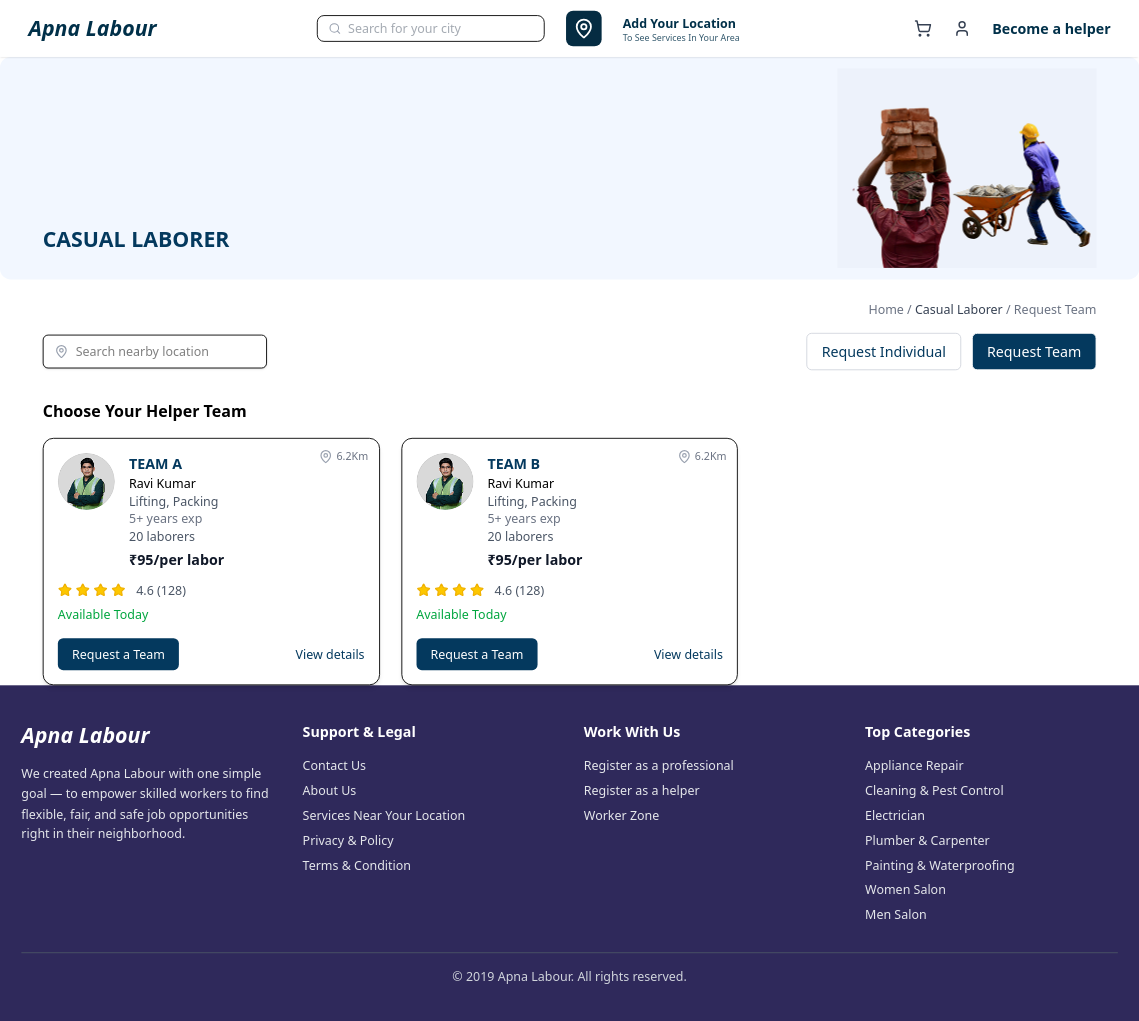
Repository: Innowidetech/Apna-Labour
Page: /casual (app in client/)
These files come from the project's save history. The page is drawn as it stood at one moment and after the next save; the edit follows.
The browser window is 1280 px wide. The pictures show the whole page, at 89% of full size.
The project was rebuilt for these pictures with package versions that can differ from the ones it lists, and the page was loaded fresh each time. Also part of the build but not shown: client/vite.config.js, client/src/pages/Home.jsx, client/src/pages/ModalServicePage.jsx, client/src/pages/ServiceDetails.jsx, client/src/pages/Account/Account.jsx, client/src/pages/Account/AccountLayout.jsx, client/src/pages/Account/Bookings.jsx, client/src/pages/Payments.jsx and 26 more.

Above is the page before, as saved 2025-11-14 17:39:11.

After the next save:
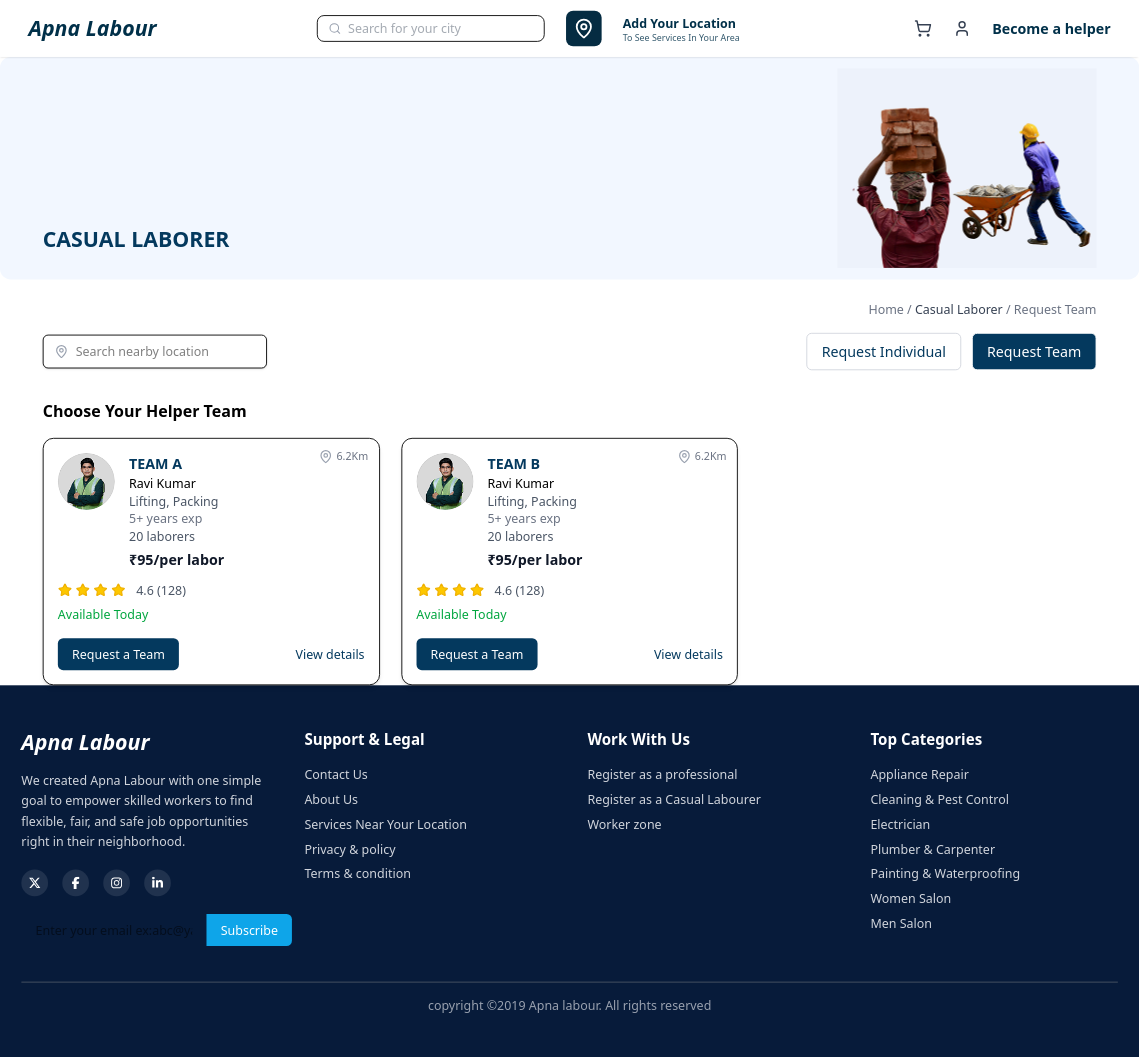
Saved 6 min 38 s later.
--- a/client/src/components/Footer.jsx
+++ b/client/src/components/Footer.jsx
@@ -1,80 +1,81 @@
 import React from "react";
 import { Link } from "react-router-dom";
+import {
+  FaFacebookF,
+  FaInstagram,
+  FaLinkedinIn,
+  FaXTwitter,
+} from "react-icons/fa6";
 
 const Footer = () => {
   return (
-    <footer className="bg-[#2F295B] text-gray-200 px-6 py-10 mt-auto">
-      <div className="max-w-7xl mx-auto grid grid-cols-1 sm:grid-cols-2 md:grid-cols-4 gap-8">
-        {/* Column 1 - Logo + Description */}
+    <footer className="bg-[#071B3A] text-white px-6 py-12 mt-auto">
+      <div className="max-w-7xl mx-auto grid grid-cols-1 sm:grid-cols-2 md:grid-cols-4 gap-10">
+
+        {/* Column 1 */}
         <div>
-          <h2 className="text-white font-bold text-2xl mb-4 italic">
-            Apna Labour
-          </h2>
-          <p className="text-sm leading-relaxed">
-            We created Apna Labour with one simple goal — to empower skilled
-            workers to find flexible, fair, and safe job opportunities right in
-            their neighborhood.
+          <h2 className="font-bold text-2xl mb-4 italic">Apna Labour</h2>
+          <p className="text-sm leading-relaxed text-gray-300">
+            We created Apna Labour with one simple goal to empower skilled
+            workers to find flexible, fair, and safe job opportunities right in their
+            neighborhood.
           </p>
+
+          {/* Social Icons */}
+          <div className="flex items-center space-x-4 mt-5">
+            <div className="bg-white/10 p-2 rounded-full cursor-pointer">
+              <FaXTwitter size={14} />
+            </div>
+            <div className="bg-white/10 p-2 rounded-full cursor-pointer">
+              <FaFacebookF size={14} />
+            </div>
+            <div className="bg-white/10 p-2 rounded-full cursor-pointer">
+              <FaInstagram size={14} />
+            </div>
+            <div className="bg-white/10 p-2 rounded-full cursor-pointer">
+              <FaLinkedinIn size={14} />
+            </div>
+          </div>
+
+          {/* Email Subscribe */}
+          <div className="flex items-center mt-5">
+            <input
+              type="email"
+              placeholder="Enter your email ex:abc@yahoo.com"
+              className="px-4 py-2 rounded-l-md text-black w-52 text-sm focus:outline-none"
+            />
+            <button className="bg-[#0EA5E9] px-4 py-2 rounded-r-md text-white text-sm">
+              Subscribe
+            </button>
+          </div>
         </div>
 
-        {/* Column 2 - Support & Legal */}
+        {/* Column 2 */}
         <div>
-          <h3 className="text-white font-semibold mb-4">Support & Legal</h3>
-          <ul className="space-y-2 text-sm">
-            <li>
-              <Link to="/contactus" className="hover:text-white">
-                Contact Us
-              </Link>
-            </li>
-            <li>
-              <Link to="/faq" className="hover:text-white">
-                About Us
-              </Link>
-            </li>
-            <li>
-              <a href="#" className="hover:text-white">
-                Services Near Your Location
-              </a>
-            </li>
-            <li>
-              <Link to="/privacy-policy" className="hover:text-white">
-                Privacy & Policy
-              </Link>
-            </li>
-            <li>
-              <Link to="/terms-condition" className="hover:text-white">
-                Terms & Condition
-              </Link>
-            </li>
+          <h3 className="font-semibold mb-4 text-[17px]">Support & Legal</h3>
+          <ul className="space-y-2 text-sm text-gray-300">
+            <li><Link to="/contactus" className="hover:text-white">Contact Us</Link></li>
+            <li><Link to="/faq" className="hover:text-white">About Us</Link></li>
+            <li><a href="#" className="hover:text-white">Services Near Your Location</a></li>
+            <li><Link to="/privacy-policy" className="hover:text-white">Privacy & policy</Link></li>
+            <li><Link to="/terms-condition" className="hover:text-white">Terms & condition</Link></li>
           </ul>
         </div>
 
-        {/* Column 3 - Work With Us */}
+        {/* Column 3 */}
         <div>
-          <h3 className="text-white font-semibold mb-4">Work With Us</h3>
-          <ul className="space-y-2 text-sm">
-            <li>
-              <a href="#" className="hover:text-white">
-                Register as a professional
-              </a>
-            </li>
-            <li>
-              <a href="#" className="hover:text-white">
-                Register as a helper
-              </a>
-            </li>
-            <li>
-              <Link to="/workerzone" className="hover:text-white">
-                Worker Zone
-              </Link>
-            </li>
+          <h3 className="font-semibold mb-4 text-[17px]">Work With Us</h3>
+          <ul className="space-y-2 text-sm text-gray-300">
+            <li><a href="#" className="hover:text-white">Register as a professional</a></li>
+            <li><a href="#" className="hover:text-white">Register as a Casual Labourer</a></li>
+            <li><Link to="/workerzone" className="hover:text-white">Worker zone</Link></li>
           </ul>
         </div>
 
-        {/* Column 4 - Top Categories */}
+        {/* Column 4 */}
         <div>
-          <h3 className="text-white font-semibold mb-4">Top Categories</h3>
-          <ul className="space-y-2 text-sm">
+          <h3 className="font-semibold mb-4 text-[17px]">Top Categories</h3>
+          <ul className="space-y-2 text-sm text-gray-300">
             <li><a href="#" className="hover:text-white">Appliance Repair</a></li>
             <li><a href="#" className="hover:text-white">Cleaning & Pest Control</a></li>
             <li><a href="#" className="hover:text-white">Electrician</a></li>
@@ -86,9 +87,9 @@ const Footer = () => {
         </div>
       </div>
 
-      {/* Bottom Copyright */}
-      <div className="border-t border-gray-600 mt-8 pt-4 text-sm text-center text-gray-300">
-        © 2019 Apna Labour. All rights reserved.
+      {/* Bottom */}
+      <div className="border-t border-gray-600 mt-10 pt-4 text-sm text-center text-gray-400">
+        copyright ©2019 Apna labour. All rights reserved
       </div>
     </footer>
   );
